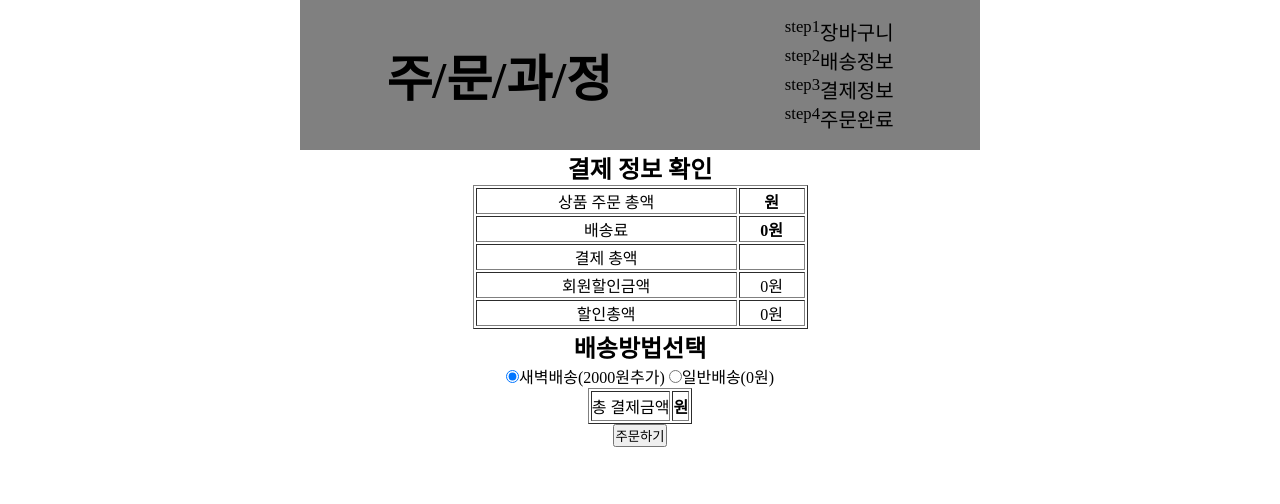
Repository: kym-1000/book
Page: http://localhost/book/WEB-INF/views/cart/pay.jsp
An editor plug-in stored every save of this project. The page is shown before and after the next save, followed by the edit.
The browser window is 1280 px wide. The pictures show the whole page.
After loading, the first visible `input` was clicked once.
The page is served by Tomcat 9. Nobody is signed in. Other server files are loaded and not shown. The template is opened directly, without the code that normally fills it, so the values that code supplies are empty.

Above is the page before, as saved 2023-01-03 07:22:07.
Console error: ReferenceError: getdeliveryPrice is not defined

### book/book/src/main/webapp/WEB-INF/views/cart/pay.jsp
<%@ page language="java" contentType="text/html; charset=UTF-8"
    pageEncoding="UTF-8"%>
<!DOCTYPE html>
<html>
<head>
<meta charset="UTF-8">
<title>Insert title here</title>

<style type="text/css">
	*{
		margin: auto;
		padding: 0;
		}

	#pay{
		text-align: center;
		display : flex;
		align-items : center;

	}


</style>
</head>
<body>

	<jsp:include page="../cart/cartheader.jsp"></jsp:include>

	<h2 style="text-align: center;"> 결제 정보 확인</h2>

	<div id="pay">

	<form action="/cart/order" method="post">

               <table width="335" border="1">
                 <tbody>
                   <tr>
                     <td class="td1">상품 주문 총액  </td>
                     <td class="td2"><strong><span >${sum}</span>원</strong></td>
                   </tr>
                   <tr>
                     <td class="td1">배송료</td>
                     <td class="td2"><strong><span >0</span>원</strong></td>
                   </tr>
                   <tr>
                     <td class="td1">결제 총액</td>
                     <td class="td2"><strong>${sum}</strong></td>
                   </tr>
                   <tr>
                     <td class="td1">회원할인금액</td>
                     <td class="td2"><span>0</span>원</td>
                   </tr>
                     <tr>
                     <td class="td1">할인총액</td>
                     <td class="td2"><span>0</span>원</td>
                   </tr>

                 </tbody>
               </table>

		       <h2 style="text-align: center;">배송방법선택</h2>

				<div id="productprice" style="text-align: center;">
						<input type='radio'
						       name='delivery'
						       value='2000'
						       onclick='getdeliveryPrice(event)'/>새벽배송(2000원추가)
						<input type='radio'
						       name='delivery'
						       value='0'
						       onclick='getdeliveryPrice(event)'/>일반배송(0원)
						<div id='result'></div>
				</div>

            <table  border="1">
               <tbody>
                 <tr>
                  <td height="28" >총 결제금액</td>
                  <td height="28" ><strong><span >${sum}</span>원</strong></td>
                 </tr>
            	</tbody>
            </table>

            <button type="submit" id="btn" >주문하기</button>

		</form>

		</div>



</body>
</html>

### book/book/src/main/webapp/WEB-INF/views/cart/cartheader.jsp
<%@ page language="java" contentType="text/html; charset=UTF-8"
    pageEncoding="UTF-8"%>
<%@ taglib uri="http://java.sun.com/jsp/jstl/core" prefix="c" %>
<!DOCTYPE html>
<html>
<head>
<meta charset="UTF-8">
<title>Insert title here</title>
<style type="text/css">

	#pagetop{
		margin-left: 300px;
		margin-right: 300px;
	    background-color: grey;
	    font-size: 20px;
		height: 150px;
		display : flex;
	  	/* justify-content : center; */
	  	align-items : center;
	}

</style>
</head>
<body>

	<div id="pagetop">
		<h2 style="text-align: left; font-size: 50px">
			주/문/과/정
		</h2>
		<div style="text-align: right;">

		<c:choose >
		<c:when test="${msg eq 1}">
		<div style="color: red">
		<sup>step1</sup>장바구니
		</div>
		</c:when>
		<c:otherwise>
		<div>
		<sup>step1</sup>장바구니
		</div>
		</c:otherwise>
		</c:choose>

		<c:choose>
		<c:when test="${msg eq 2}">
		<div style="color: red">
		<sup>step2</sup>배송정보
		</div>
		</c:when>
		<c:otherwise>
		<div>
		<sup>step2</sup>배송정보
		</div>
		</c:otherwise>
		</c:choose>

		<c:choose>
		<c:when test="${msg eq 3}">
		<div style="color: red">
		<sup>step3</sup>결제정보
		</div>
		</c:when>
		<c:otherwise>
		<div>
		<sup>step3</sup>결제정보
		</div>
		</c:otherwise>
		</c:choose>

		<c:choose>
		<c:when test="${msg eq 4}">
		<div style="color: red">
		<sup>step4</sup>주문완료
		</div>
		</c:when>
		<c:otherwise>
		<div>
		<sup>step4</sup>주문완료
		</div>
		</c:otherwise>
		</c:choose>

		</div>
	</div>

</body>
</html>

After the next save:
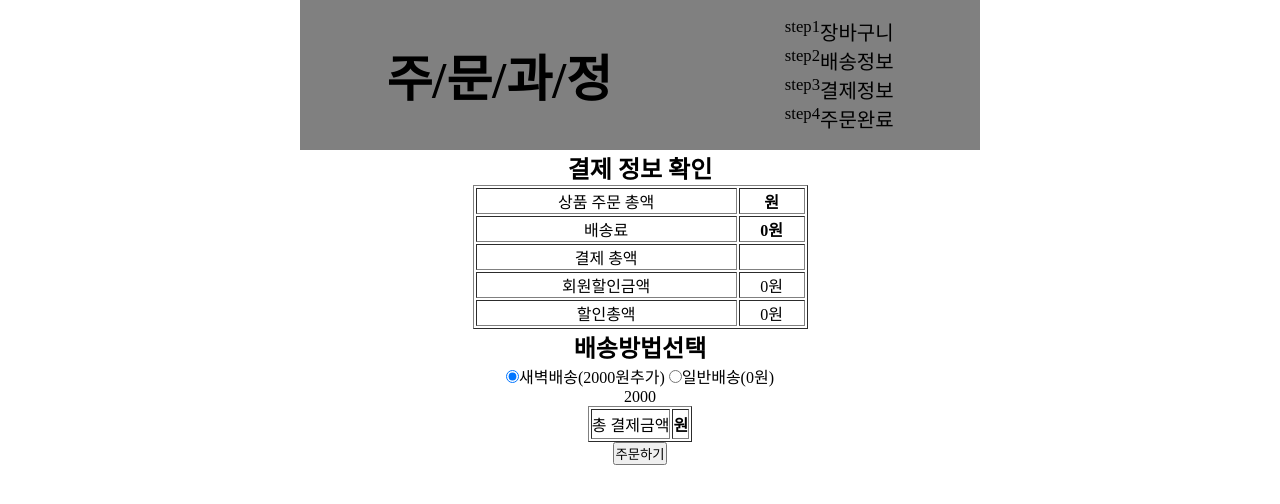
The error is gone.
Saved 16 s later.
--- a/book/book/src/main/webapp/WEB-INF/views/cart/pay.jsp
+++ b/book/book/src/main/webapp/WEB-INF/views/cart/pay.jsp
@@ -87,6 +87,13 @@
 
 		</div>
 
+		<script type="text/javascript">
+			function getdeliveryPrice(event) {
+			  document.getElementById('result').innerText =
+			    event.target.value;
+			}
+		</script>
+
 
 
 </body>
